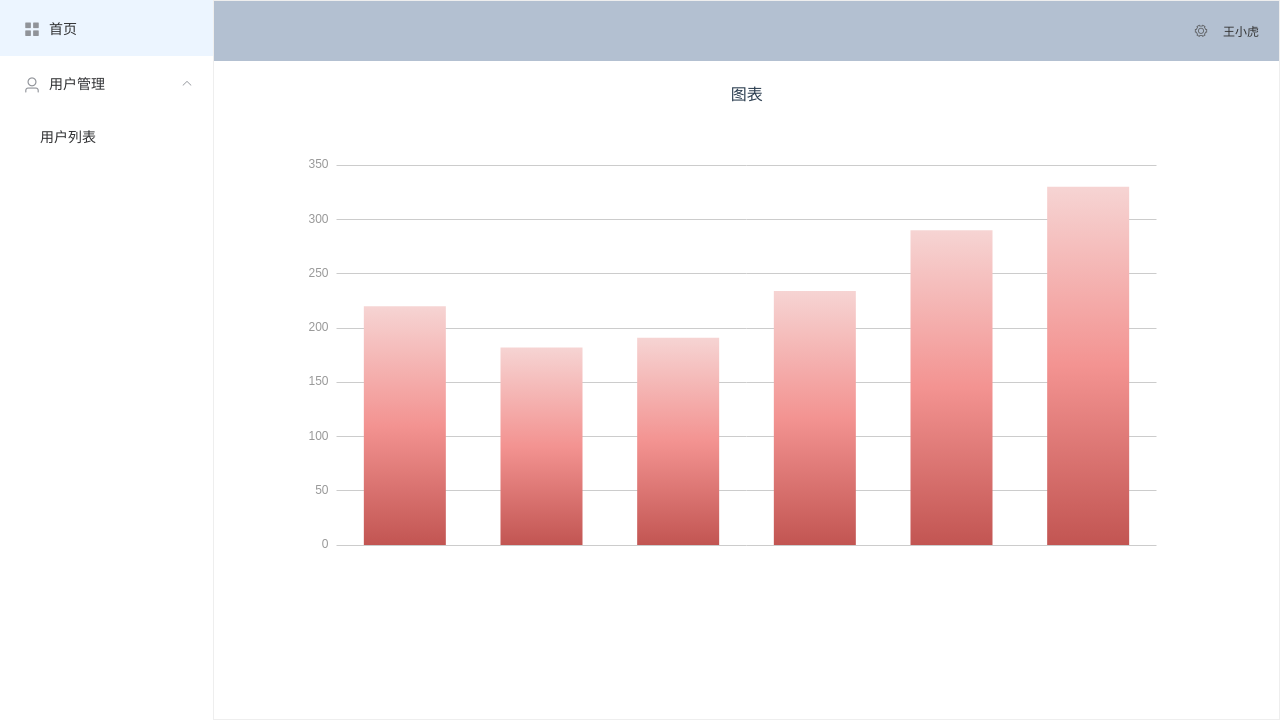
Repository: cmw520520/admin_vue
Page: /#/example/echart
The author's editor kept a copy of each file at every save. The page is drawn from the files as they stood at one save, then again after the next save.
The browser window is 1280 px wide. The pictures show the whole page.
The project was rebuilt for these pictures with package versions that can differ from the ones it lists, and the page was loaded fresh each time. Also part of the build but not shown: src/page/home/Home.vue, src/page/user/UserList.vue.

Above is the page before, as saved 2019-07-01 13:32:25.

After the next save:
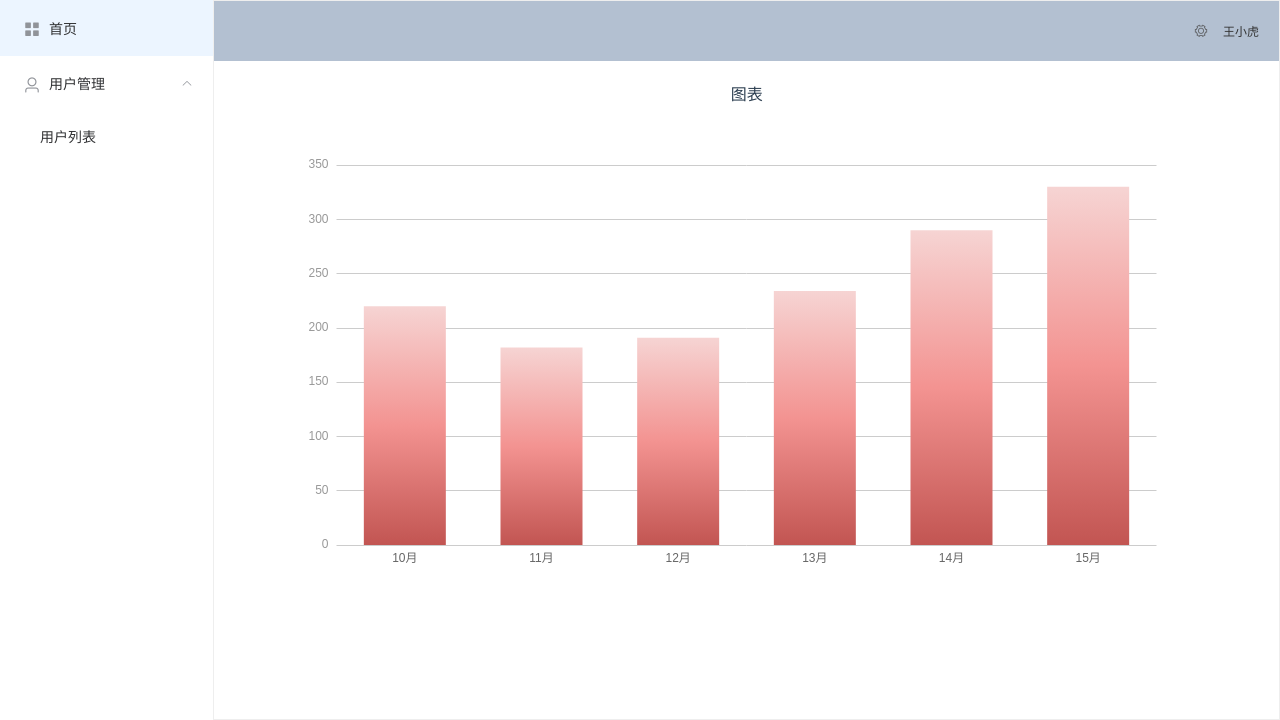
Saved 14 s later.
--- a/example/Echart.vue
+++ b/example/Echart.vue
@@ -33,7 +33,7 @@ export default {
             axisLabel: {
                 inside: false,
                 textStyle: {
-                    color: '#fff'
+                    color: '#666666'
                 }
             },
             axisTick: {
